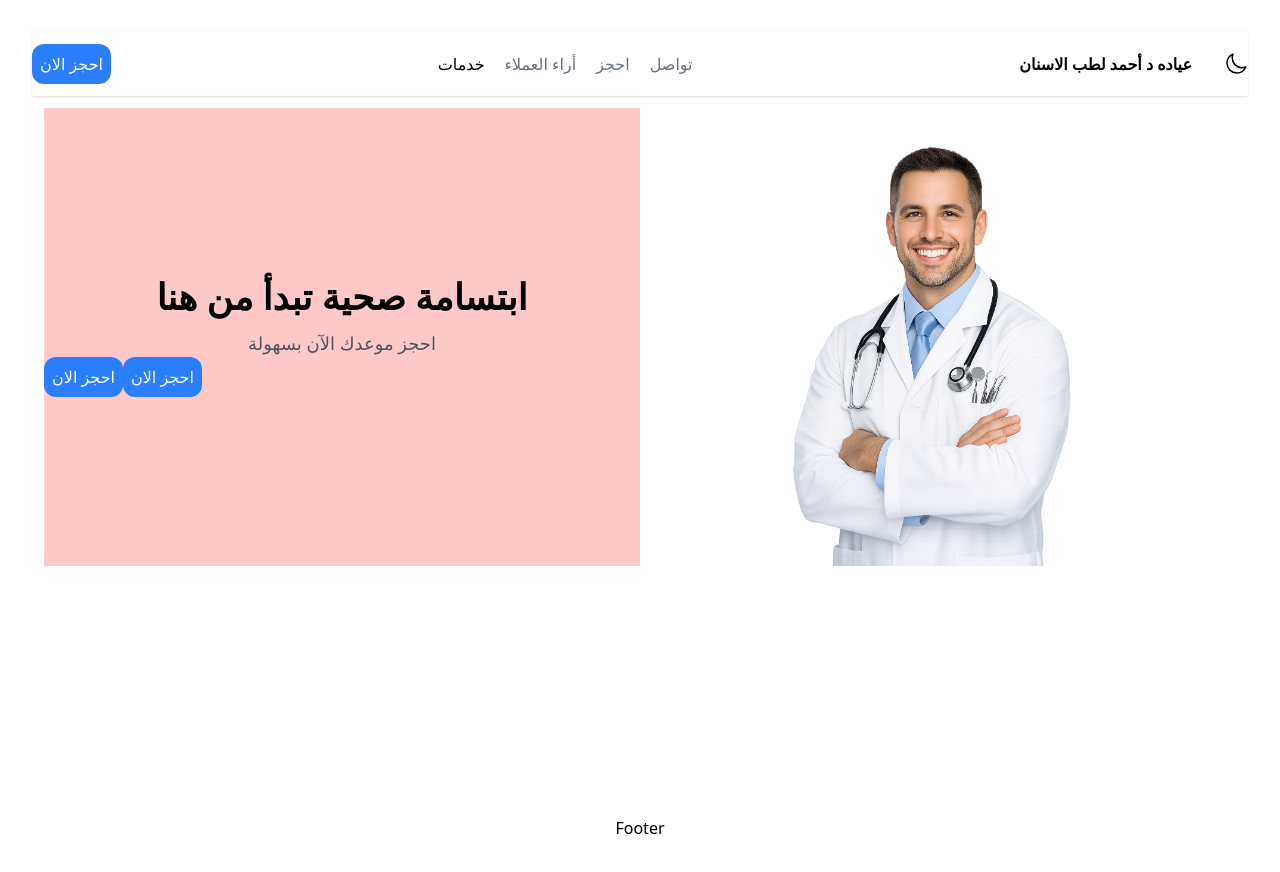
Repository: mohamedehab23-pro/clinic
Page: /
These files come from the project's save history. The page is drawn as it stood at one moment and after the next save; the edit follows.
The browser window is 1280 px wide. The pictures show the whole page.
The project was rebuilt for these pictures with package versions that can differ from the ones it lists, and the page was loaded fresh each time. Also part of the build but not shown: vite.config.js, src/Pages/AboutPage.jsx, src/Pages/ContactPage.jsx, src/Pages/NotFound.jsx, src/Components/Child.jsx, src/Components/Parent.jsx.

Above is the page before, as saved 2026-02-22 14:15:12.

### index.html
<!doctype html>
<html lang="en">
  <head>
    <meta charset="UTF-8" />
    <link rel="icon" type="image/svg+xml" href="/vite.svg" />
    <meta name="viewport" content="width=device-width, initial-scale=1.0" />
    <title>project1</title>
  </head>
  <body>
    <div id="root"></div>
    <script type="module" src="/src/main.jsx"></script>
  </body>
</html>

### src/index.css
@import "tailwindcss";
@custom-variant dark (&:where(.dark, .dark *));


.active{
    @apply text-black dark:text-white
}

### src/App.jsx
import { useState } from 'react'
import HeroPage from '../src/Pages/HeroPage'
import './App.css'
import { createBrowserRouter, RouterProvider } from 'react-router'
import MainLayout from './Layouts/MainLayout'
import AboutPage from './Pages/AboutPage'
import ContactPage from './Pages/ContactPage'
import NotFound from './Pages/NotFound'
import Parent from './Components/Parent'


const x=createBrowserRouter([
  {path:'',element:<MainLayout/>,children:[
    {index:true,element:<HeroPage/>},
    {path:'/about',element:<AboutPage/>},
    {path:'/contact',element:<ContactPage/>},
    {path:'*',element:<NotFound/>}
  ]}
])

function App() {

  return (
    <>
    {/* <Parent/> */}

     <RouterProvider router={x}/>
    </>
  )
}

export default App

### src/Pages/HeroPage.jsx
import React from 'react'
import sora from '../assets/dentist.png'
import Button from '../Components/Button'
export default function HomePage() {
  return (
    <div className='dark:bg-gray-800 min-h-screen p-3'>
      <div className='flex justify-around'>
<div className='bg-red-200 w-full flex flex-col justify-center text-center '>
<h2 className='text-4xl font-bold '>ابتسامة صحية تبدأ من هنا</h2>
<p className='text-gray-600 pt-3 text-lg'>احجز موعدك الآن بسهولة</p>
  <div className='flex '>
    <Button bg={'bg-blue-500'} hover={'hover:bg-blue-600'}/>
  <Button bg={'bg-blue-500'} hover={'hover:bg-blue-600'}/>
  </div>


</div>
<div className=' w-full flex justify-center items-center'>
 <img src={sora} alt="doctor" className='w-[50%] ' />
</div>
      </div>



    </div>
  )
}

### src/Layouts/MainLayout.jsx
import React, { useState } from 'react'
import Navbar from '../Components/Navbar'
import Footer from '../Components/Footer'
import { Outlet } from 'react-router'

export default function MainLayout() {
  const [darkMode, setDarkMode] = useState(false)
  return (
    <>
    <div className={`${darkMode? 'dark':''}  dark:text-white`}>
      <Navbar darkMode={darkMode} setDarkMode={setDarkMode}/>
    <Outlet />
    <Footer/>
    </div>
    </>
  )
}

### src/Components/Button.jsx
import React from 'react'
import { Link } from 'react-router'

export default function Button({bg,hover}) {
  return (
   <>
   <button className={`p-2 rounded-xl ${bg} ${hover} text-white `}><Link to={'/'}>احجز الان</Link></button>
   </>
  )
}

### src/Components/Navbar.jsx
import React, { useState } from 'react'
import { Link, NavLink } from 'react-router'
import Button from './Button'

export default function Navbar({setDarkMode,darkMode}) {
  const [navToggle, setNavToggle] = useState(false)
  return (
    <div className='py-3 shadow sticky top-0 w-full dark:bg-gray-700 bg-white/50'>
<div className="container px-3 lg:p-0 mx-auto flex items-center justify-between">
<div>
  <Button bg={'bg-blue-500'} hover={'hover:bg-blue-600'}/>
</div>
<div>
  <ul className='lg:flex dark:text-white/50 gap-5 hidden'>
    <li className='text-gray-500'><NavLink to={''}>خدمات</NavLink></li>
    <li className='text-gray-500'><NavLink to={'/about'}>أراء العملاء</NavLink></li>
    <li className='text-gray-500'><NavLink to={'/contact'}>احجز</NavLink></li>
    <li className='text-gray-500'><NavLink to={'ertyuj'}>تواصل</NavLink></li>
  </ul>
</div>
<div className='flex gap-8'>
  <Link to={''} className=' font-bold'>عياده د أحمد لطب الاسنان</Link>
  {darkMode?<svg xmlns="http://www.w3.org/2000/svg"
onClick={()=>setDarkMode(!darkMode)}
fill="none" viewBox="0 0 24 24" strokeWidth={1.5} stroke="currentColor" className="cursor-pointer size-6">
  <path strokeLinecap="round" strokeLinejoin="round" d="M12 3v2.25m6.364.386-1.591 1.591M21 12h-2.25m-.386 6.364-1.591-1.591M12 18.75V21m-4.773-4.227-1.591 1.591M5.25 12H3m4.227-4.773L5.636 5.636M15.75 12a3.75 3.75 0 1 1-7.5 0 3.75 3.75 0 0 1 7.5 0Z" />
</svg>:<svg xmlns="http://www.w3.org/2000/svg" fill="none"
onClick={()=>setDarkMode(!darkMode)}
viewBox="0 0 24 24" strokeWidth={1.5} stroke="currentColor" className="cursor-pointer size-6">
  <path strokeLinecap="round" strokeLinejoin="round" d="M21.752 15.002A9.72 9.72 0 0 1 18 15.75c-5.385 0-9.75-4.365-9.75-9.75 0-1.33.266-2.597.748-3.752A9.753 9.753 0 0 0 3 11.25C3 16.635 7.365 21 12.75 21a9.753 9.753 0 0 0 9.002-5.998Z" />
</svg>}
</div>
<div className='lg:hidden'>
  <svg xmlns="http://www.w3.org/2000/svg" onClick={()=>setNavToggle(!navToggle)} fill="none" viewBox="0 0 24 24" strokeWidth={1.5} stroke="currentColor" className="cursor-pointer size-6">
  <path strokeLinecap="round" strokeLinejoin="round" d="M3.75 6.75h16.5M3.75 12h16.5m-16.5 5.25h16.5" />
</svg>


</div>



</div>
{navToggle && <ul className='pt-3 text-end px-3'>
    <li className='text-gray-500'><NavLink to={''}>خدمات</NavLink></li>
    <li className='text-gray-500'><NavLink to={'/about'}>أراء العملاء</NavLink></li>
    <li className='text-gray-500'><NavLink to={'/contact'}>احجز</NavLink></li>
    <li className='text-gray-500'><NavLink to={'ertyuj'}>تواصل</NavLink></li>
  </ul>}


    </div>
  )
}

Loaded but not shown: src/main.jsx (common file); src/App.css (common file); src/Components/Footer.jsx (common file)

After the next save:
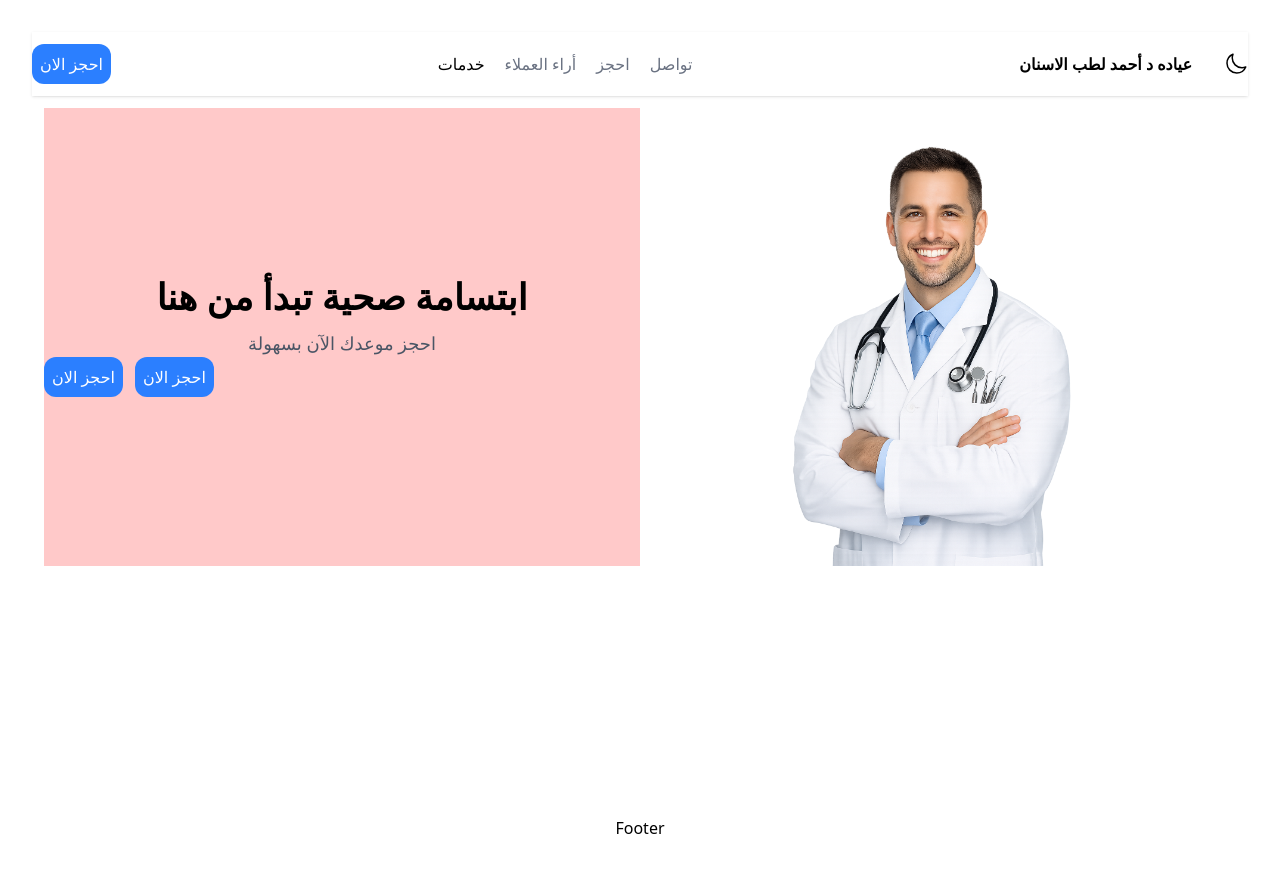
Saved 4 s later.
--- a/src/Pages/HeroPage.jsx
+++ b/src/Pages/HeroPage.jsx
@@ -8,7 +8,7 @@ export default function HomePage() {
 <div className='bg-red-200 w-full flex flex-col justify-center text-center '>
 <h2 className='text-4xl font-bold '>ابتسامة صحية تبدأ من هنا</h2>
 <p className='text-gray-600 pt-3 text-lg'>احجز موعدك الآن بسهولة</p>
-  <div className='flex '>
+  <div className='flex gap-3'>
     <Button bg={'bg-blue-500'} hover={'hover:bg-blue-600'}/>
   <Button bg={'bg-blue-500'} hover={'hover:bg-blue-600'}/>
   </div>
